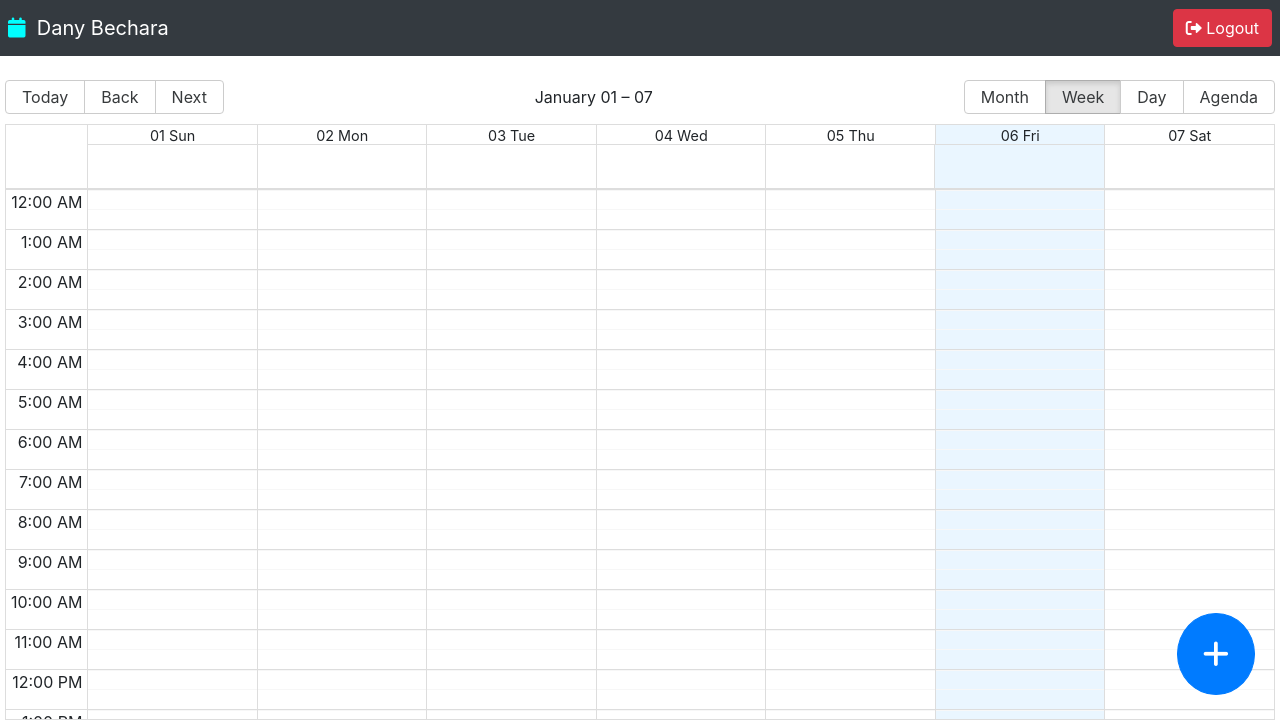
Repository: bechara611/calendar-frontend
Page: /
These files come from the project's save history. The page is drawn as it stood at one moment and after the next save; the edit follows.
The browser window is 1280 px wide. The pictures show the whole page.
An inner scrolling area shows only its first screen. The project was rebuilt for these pictures with package versions that can differ from the ones it lists, and the page was loaded fresh each time. Some packages were replaced by stand-ins written for this rebuild. Also part of the build but not shown: vite.config.js. Imported but missing from the stored project, and not drawn on this page: src/auth.

Above is the page before, as saved 2023-01-11 18:40:50.

After the next save:
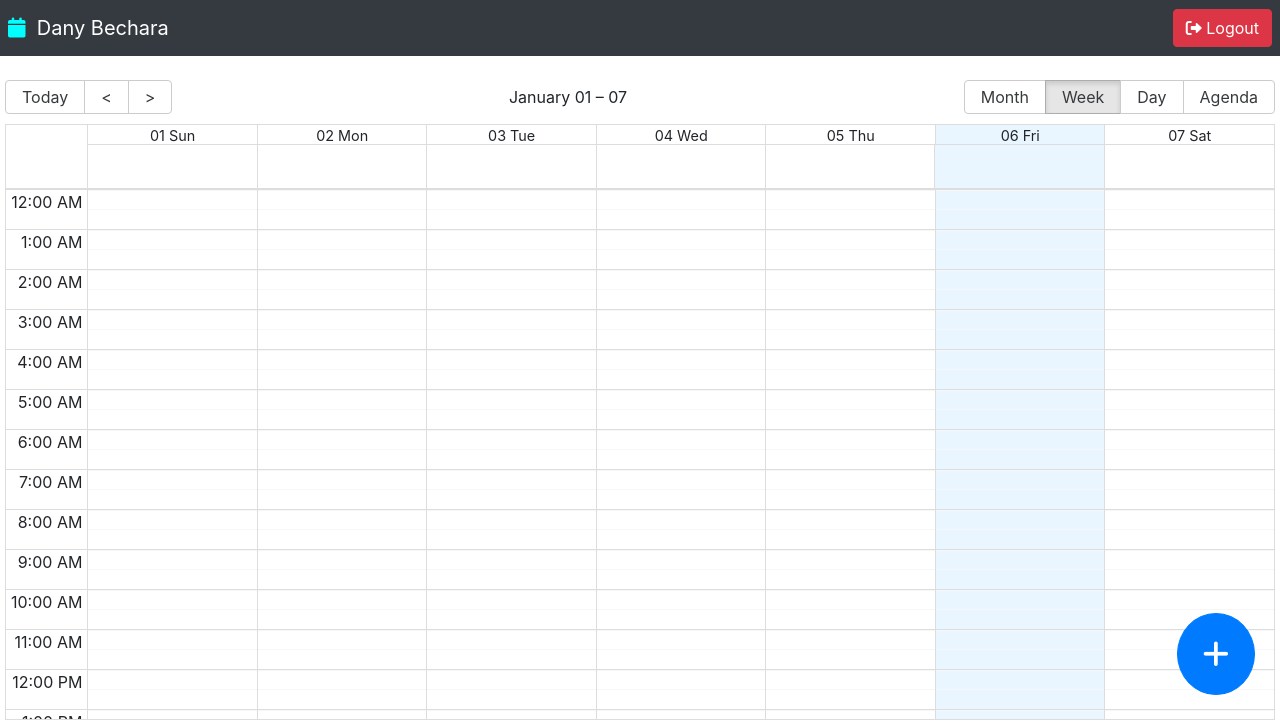
Saved 31 s later.
--- a/src/helpers/Messages.js
+++ b/src/helpers/Messages.js
@@ -1,6 +1,28 @@
 export const getMessages =()=>{
     return {
+        previous: '<',
+        next: '>',
 
+        noEventsInRange: 'No hay eventos en este rango',
         showMore: total => `+ Ver más (${total})`
     };
 }
+
+
+export const getMessages2 =()=>{
+    return {
+        allDay: 'Todo el día',
+        previous: '<',
+        next: '>',
+        today: 'Hoy',
+        month: 'Mes',
+        week: 'Semana',
+        day: 'Día',
+        agenda: 'Agenda',
+        date: 'Fecha',
+        time: 'Hora',
+        event: 'Evento',
+        noEventsInRange: 'No hay eventos en este rango',
+        showMore: total => `+ Ver más (${total})`
+    };
+}
